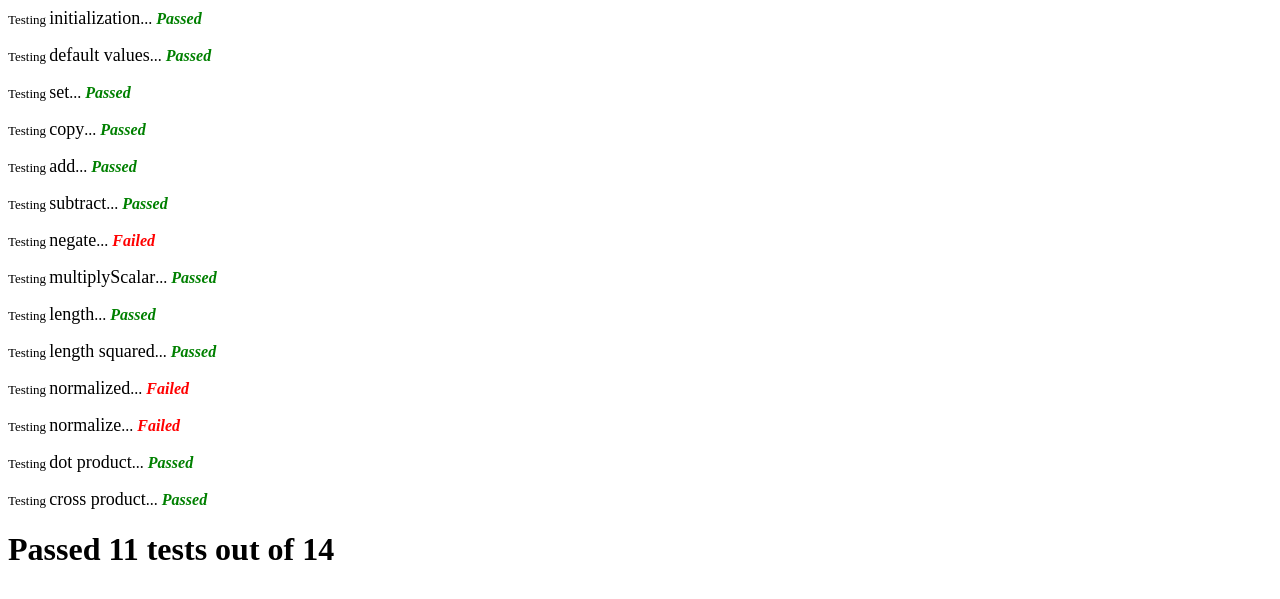
Repository: granolavsraosins/CST336
Page: CST325/hw1/test-vector3.html
The author's editor kept a record of every edit. The page is drawn from the files as they stood at one moment, then again after the next edit.
The browser window is 1280 px wide. The pictures show the whole page.

Above is the page before.

After the next edit:
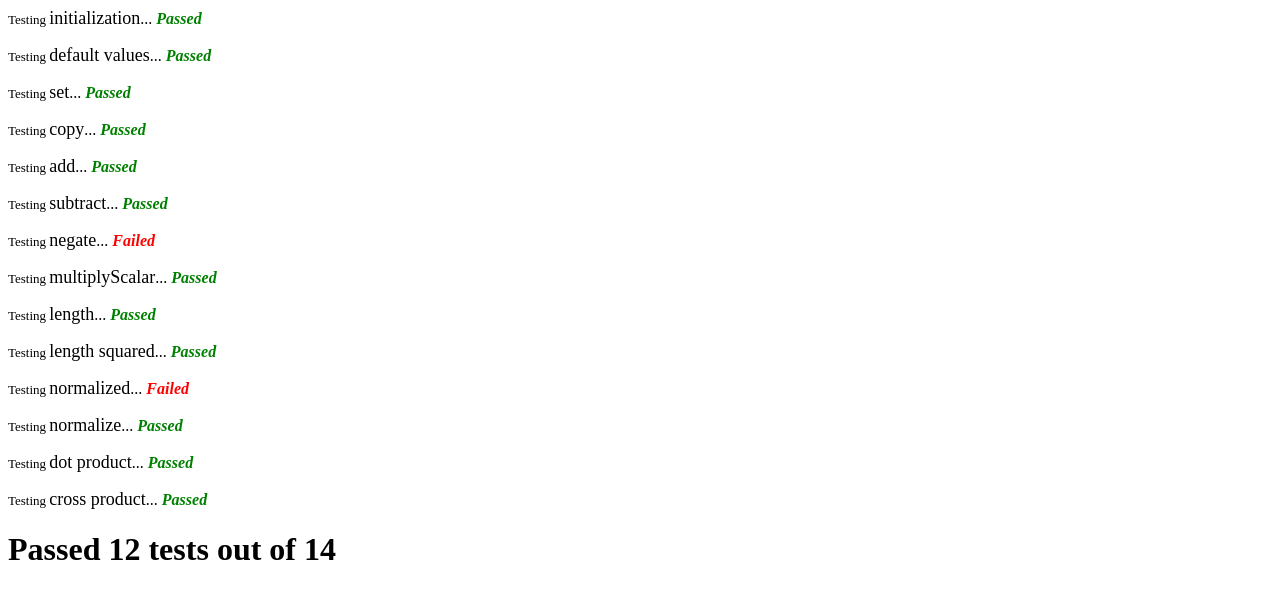
The edit:
--- a/CST325/hw1/vector3.js
+++ b/CST325/hw1/vector3.js
@@ -99,8 +99,7 @@
         	this.x = 0;
         	this.y = 0;
         	this.z = 0;
-    }
-    return n;
+    	}
 		return this;
 	};
 
